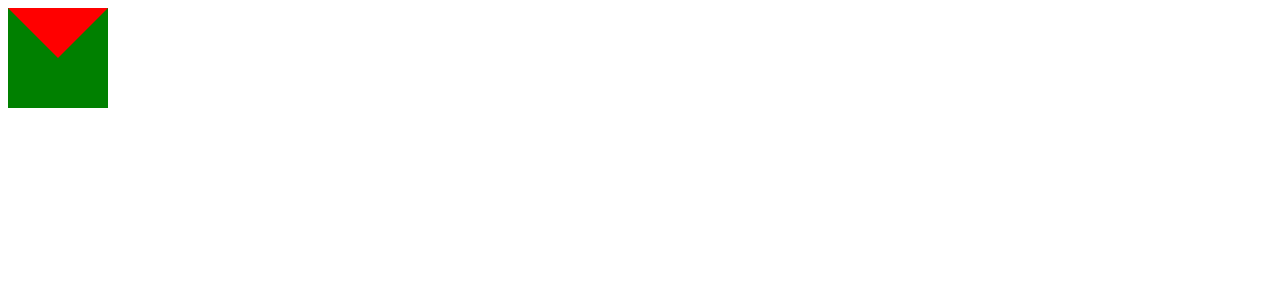
Repository: Germtao/Web
Page: web_css/css_盒模型详解.html
These files come from the project's save history. The page is drawn as it stood at one moment and after the next save; the edit follows.
The browser window is 1280 px wide. The pictures show the whole page.

Above is the page before, as saved 2020-10-29 16:17:51.

### web_css/css_盒模型详解.html
<!DOCTYPE html>
<html lang="en">

<head>
  <meta charset="UTF-8">
  <meta name="viewport" content="width=device-width, initial-scale=1.0">
  <title>Document</title>

  <style type="text/css">
    /* div {
      width: 100px;
      height: 100px;
      border: 1px solid red;
      padding: 20px;
      margin: 30px;
      background-color: pink;
    } */

    /* 认识border */
    /* div {
      width: 150px;
      height: 150px; */
    /* border: 10px ridge red; */
    /* border-width: 10px 20px;
      border-style: solid dashed dotted;
      border-color: red green blue yellow;
    } */

    /* 利用 border 属性画一个三角形 */
    div {
      width: 0;
      height: 0;
      border: 50px solid green;
      border-top-color: red;
      /* border-bottom: none; */
    }
  </style>
</head>

<body>
  <!-- <div>有生之年</div>
  <div>狭路相逢</div> -->

  <div></div>
</body>

</html>

After the next save:
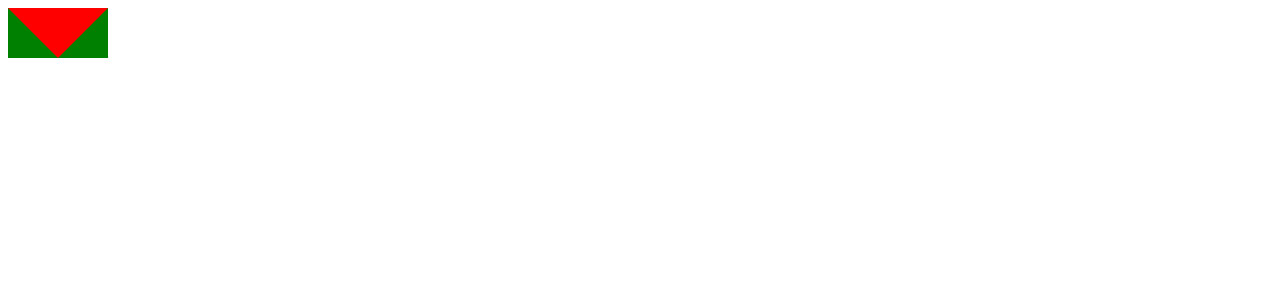
Saved 6 s later.
--- a/web_css/css_盒模型详解.html
+++ b/web_css/css_盒模型详解.html
@@ -32,7 +32,7 @@
       height: 0;
       border: 50px solid green;
       border-top-color: red;
-      /* border-bottom: none; */
+      border-bottom: none;
     }
   </style>
 </head>
